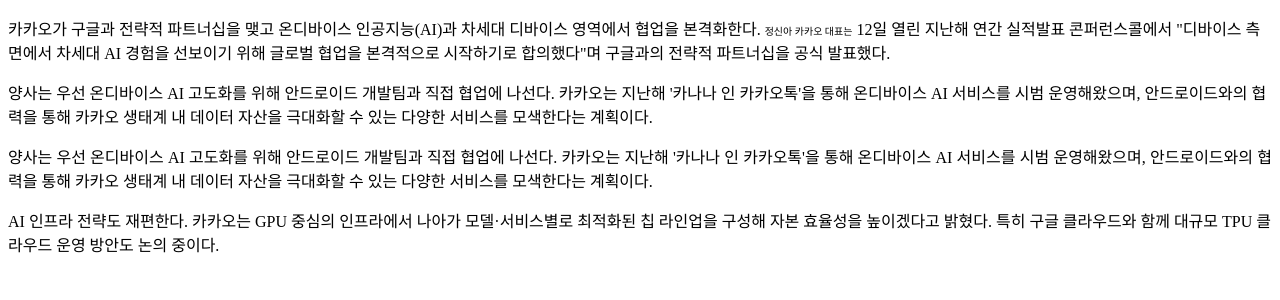
Repository: kmd192kmd/Web
Page: html/HtmlTest/src/main/webapp/ex07_p.html
An editor plug-in stored every save of this project. The page is shown before and after the next save, followed by the edit.
The browser window is 1280 px wide. The pictures show the whole page.

Above is the page before, as saved 2026-02-13 00:16:55.

### html/HtmlTest/src/main/webapp/ex07_p.html
<!DOCTYPE html>
<html>
<head>
<meta charset="UTF-8">
<title>Insert title here</title>
</head>
<body>
	<!-- ex07_p.html -->
	<!--

		<p>, paragraph
		- 문단 태그
		- 텍스트 집합
		- 쌍태그, 혼합형

		p.align

		<font>
		- 텍스트 서식
		- 쌍태그, 혼합형

		font.size
		- 텍스트 크기
		- 1~7

		font.face

		font.color

	 -->
	<p>카카오가 구글과 전략적 파트너십을 맺고 온디바이스 인공지능(AI)과 차세대 디바이스 영역에서 협업을 본격화한다. <font size="1">정신아 카카오 대표는</font> 12일 열린 지난해 연간 실적발표 콘퍼런스콜에서
	"디바이스 측면에서 차세대 AI 경험을 선보이기 위해 글로벌 협업을 본격적으로 시작하기로 합의했다"며 구글과의 전략적 파트너십을 공식 발표했다.</p>

	<p align="left">양사는 우선 온디바이스 AI 고도화를 위해 안드로이드 개발팀과 직접 협업에 나선다. 카카오는 지난해 '카나나 인 카카오톡'을 통해 온디바이스 AI 서비스를 시범 운영해왔으며,
	안드로이드와의 협력을 통해 카카오 생태계 내 데이터 자산을 극대화할 수 있는 다양한 서비스를 모색한다는 계획이다.</p>

	<p align="justify">양사는 우선 온디바이스 AI 고도화를 위해 안드로이드 개발팀과 직접 협업에 나선다. 카카오는 지난해 '카나나 인 카카오톡'을 통해 온디바이스 AI 서비스를 시범 운영해왔으며,
	 안드로이드와의 협력을 통해 카카오 생태계 내 데이터 자산을 극대화할 수 있는 다양한 서비스를 모색한다는 계획이다.</p>

	<p>AI 인프라 전략도 재편한다. 카카오는 GPU 중심의 인프라에서 나아가 모델·서비스별로 최적화된 칩 라인업을 구성해 자본 효율성을 높이겠다고 밝혔다. 특히 구글 클라우드와 함께
	대규모 TPU 클라우드 운영 방안도 논의 중이다.</p>

</body>
</html>

After the next save:
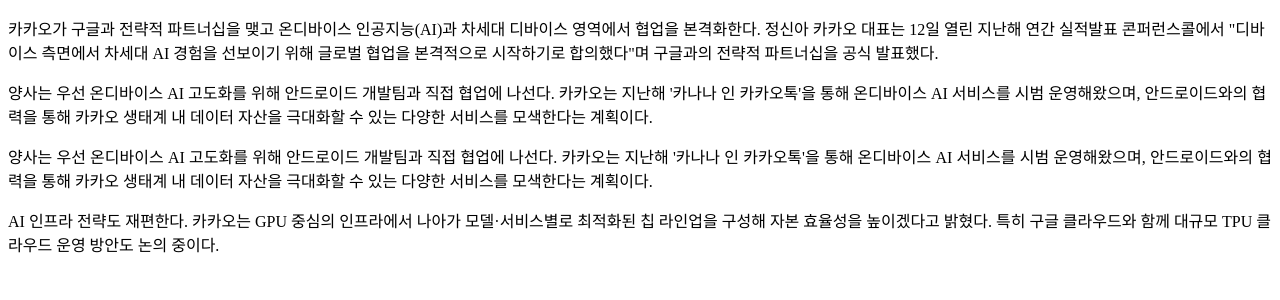
Saved 17 s later.
--- a/html/HtmlTest/src/main/webapp/ex07_p.html
+++ b/html/HtmlTest/src/main/webapp/ex07_p.html
@@ -28,7 +28,7 @@
 		font.color
 
 	 -->
-	<p>카카오가 구글과 전략적 파트너십을 맺고 온디바이스 인공지능(AI)과 차세대 디바이스 영역에서 협업을 본격화한다. <font size="1">정신아 카카오 대표는</font> 12일 열린 지난해 연간 실적발표 콘퍼런스콜에서
+	<p>카카오가 구글과 전략적 파트너십을 맺고 온디바이스 인공지능(AI)과 차세대 디바이스 영역에서 협업을 본격화한다. <font size="3">정신아 카카오 대표는</font> 12일 열린 지난해 연간 실적발표 콘퍼런스콜에서
 	"디바이스 측면에서 차세대 AI 경험을 선보이기 위해 글로벌 협업을 본격적으로 시작하기로 합의했다"며 구글과의 전략적 파트너십을 공식 발표했다.</p>
 
 	<p align="left">양사는 우선 온디바이스 AI 고도화를 위해 안드로이드 개발팀과 직접 협업에 나선다. 카카오는 지난해 '카나나 인 카카오톡'을 통해 온디바이스 AI 서비스를 시범 운영해왔으며,
